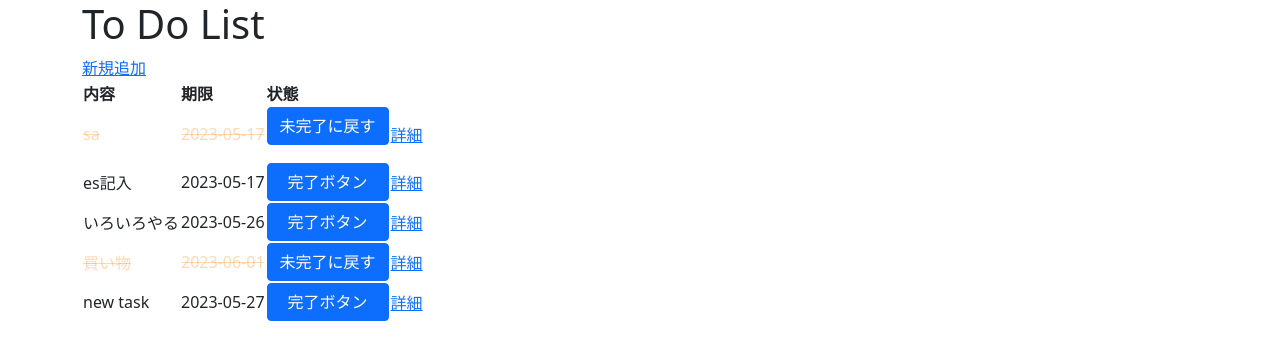
Repository: sgmtg/ToDoList
Page: http://localhost/
The author's editor kept a record of every edit. The page is drawn from the files as they stood at one moment, then again after the next edit.
The browser window is 1280 px wide. The pictures show the whole page.
The page is served by the project's application, run on Flask 3 (app.py). The page reads the database file committed with the project.

Above is the page before.

After the next edit:
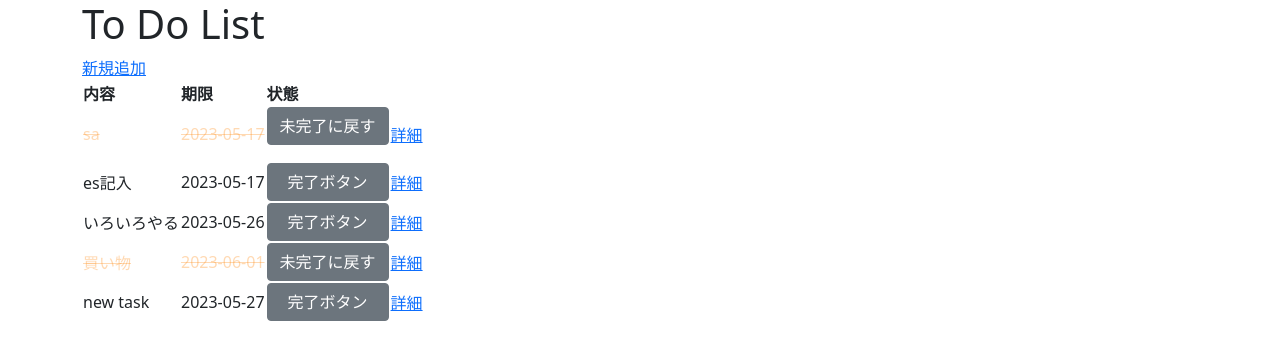
The edit:
--- a/templates/index.html
+++ b/templates/index.html
@@ -15,8 +15,8 @@
                 <td  {% if post.done %} class="done" {% endif %}>{{ post.title }}</td>
                 <td  {% if post.done %} class="done" {% endif %}>{{ post.due.date() }}</td>
                 </span>
-                <td><form href="/change_status/{{ post.id }}">
-                    <button type="submit" class="btn btn-primary">
+                <td><form action="/change_status/{{ post.id }}">
+                    <button type="submit" class="btn btn-secondary">
                     {% if post.done %}未完了に戻す
                     {% else %}完了ボタン
                     {% endif %}
